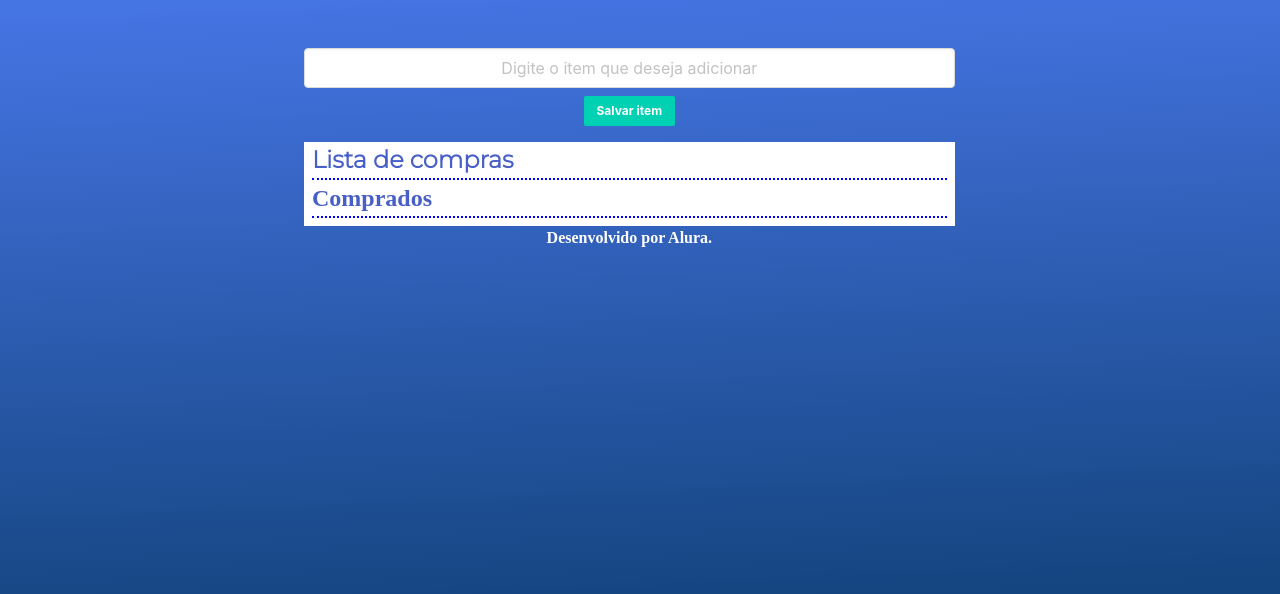
Repository: joaoPraiaJunior/js-manipulando-objetos
Page: index.html
An editor plug-in stored every save of this project. The page is shown before and after the next save, followed by the edit.
The browser window is 1280 px wide. The pictures show the whole page.
Some web fonts or font styles are not loaded; a fallback is used.

Above is the page before, as saved 2024-09-08 19:28:56.

After the next save:
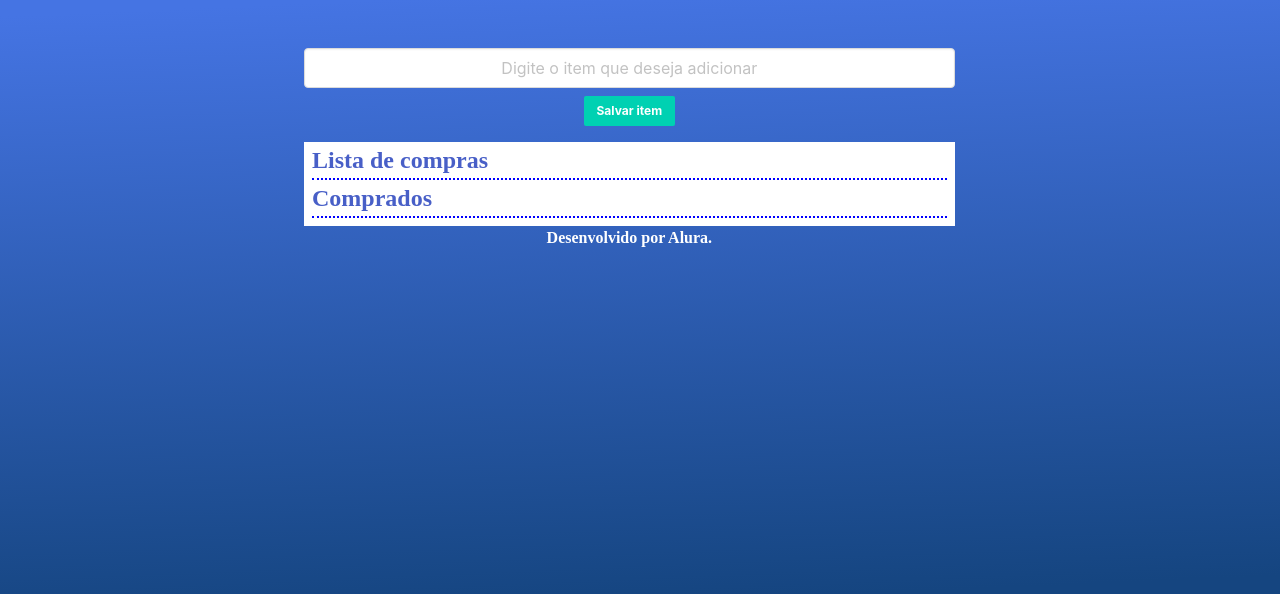
Saved 3 min 2 s later.
--- a/assets/style.css
+++ b/assets/style.css
@@ -8,7 +8,7 @@ body {
     font-family: 'Montserrat', 'sans-serif', 'Mansalva', cursive;
 }
 
-h2, footer {
+h1, h2, footer {
     font-family: 'Mansalva';
 }
 
